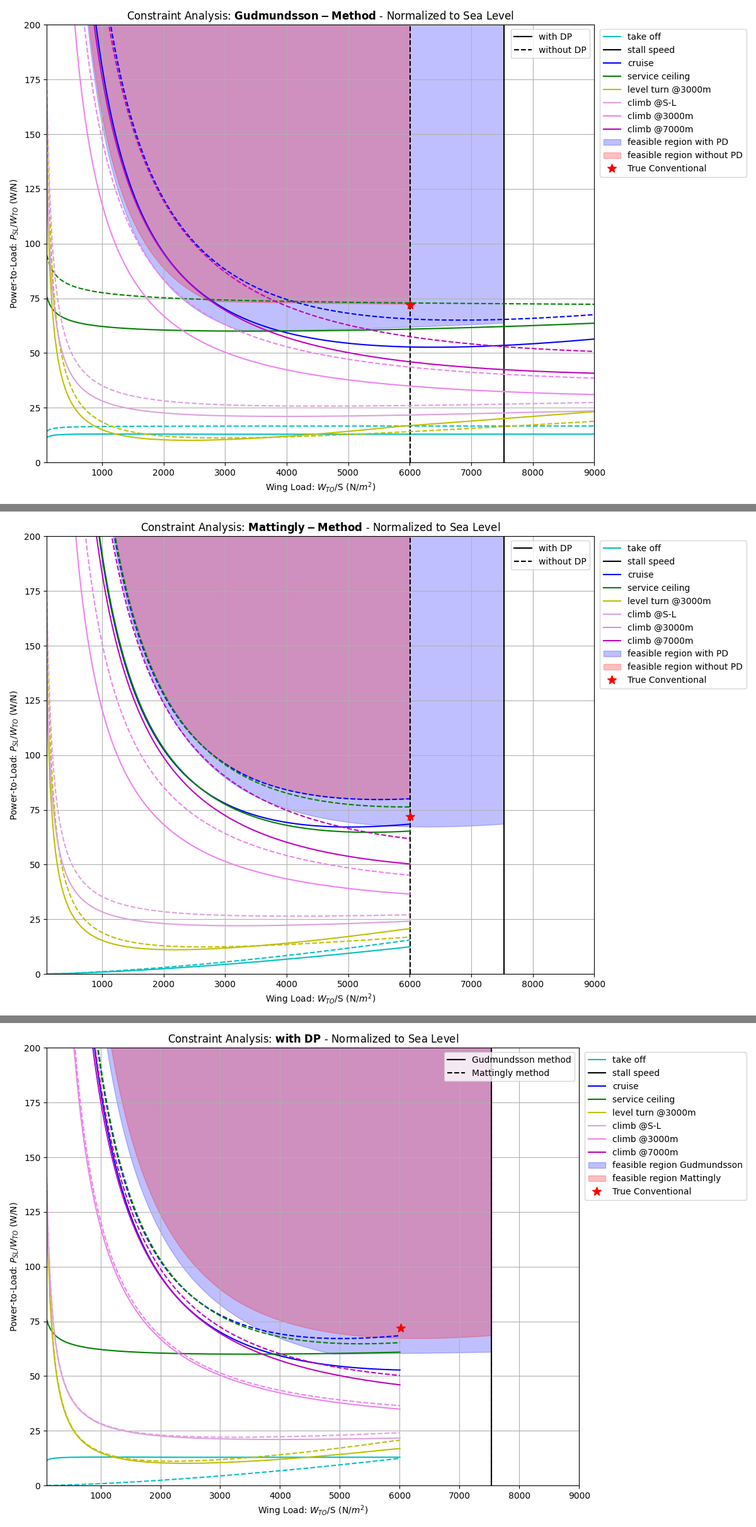
Repository: 12libao/DEA
Script's output: python Sizing_Method/ConstrainsAnalysis/ConstrainsAnalysisPD.py
The author's editor kept a copy of each file at every save. The script's output is drawn from the files as they stood at one save, then again after the next save.
The pictures are shown at 63% of full size.
Each picture stacks the figures in order, with grey between them; figures that are only written to a file come last. Random numbers start from a fixed seed.

Above is the script's output before, as saved 2021-07-14 16:08:19.

### Sizing_Method/ConstrainsAnalysis/ConstrainsAnalysisPD.py
# author: Bao Li #
# Georgia Institute of Technology #
import sys
import os

sys.path.insert(0, os.getcwd())

import numpy as np
import matplotlib.pylab as plt
import Sizing_Method.Other.US_Standard_Atmosphere_1976 as atm
import Sizing_Method.Aerodynamics.ThrustLapse as thrust_lapse
import Sizing_Method.Aerodynamics.Aerodynamics as ad
import Sizing_Method.ConstrainsAnalysis.ConstrainsAnalysis as ca
from scipy.optimize import curve_fit

"""
The unit use is IS standard
"""
class ConstrainsAnalysis_Mattingly_Method_with_DP:
    """This is a power-based master constraints analysis"""

    def __init__(self, altitude, velocity, beta, wing_load, Hp=0.2, number_of_motor=12, C_DR=0):
        """

        :param beta: weight fraction
        :param Hp: P_motor/P_total
        :param n: number of motor
        :param K1: drag polar coefficient for 2nd order term
        :param K2: drag polar coefficient for 1st order term
        :param C_D0: the drag coefficient at zero lift
        :param C_DR: additional drag caused, for example, by external stores,
        braking parachutes or flaps, or temporary external hardware

        :return:
            power load: P_WTO
        """

        self.h = altitude
        self.v = velocity
        self.rho = atm.atmosphere(geometric_altitude=self.h).density()

        self.beta = beta
        self.hp = Hp
        self.n = number_of_motor

        # power lapse ratio
        self.alpha = thrust_lapse.thrust_lapse_calculation(altitude=self.h,
                                                           velocity=self.v).high_bypass_ratio_turbofan()

        self.k1 = ad.aerodynamics_without_pd(self.h, self.v).K1()
        self.k2 = ad.aerodynamics_without_pd(self.h, self.v).K2()
        self.cd0 = ad.aerodynamics_without_pd(self.h, self.v).CD_0()
        self.cdr = C_DR

        self.w_s = wing_load
        self.g0 = 9.80665

        self.coefficient = (1 - self.hp) * self.beta * self.v / self.alpha

        # Estimation of ΔCL and ΔCD
        pd = ad.aerodynamics_with_pd(self.h, self.v, Hp=self.hp, n=self.n, W_S=self.w_s)
        self.q = 0.5 * self.rho * self.v ** 2
        self.cl = self.beta * self.w_s / self.q
        # print(self.cl)
        self.delta_cl = pd.delta_lift_coefficient(self.cl)
        self.delta_cd0 = pd.delta_CD_0()

    def master_equation(self, n, dh_dt, dV_dt):
        cl = self.cl * n + self.delta_cl

        cd = self.k1 * cl ** 2 + self.k2 * cl + self.cd0 + self.cdr + self.delta_cd0
        p_w = self.coefficient * (self.q / (self.beta * self.w_s) * cd + dh_dt / self.v + dV_dt / self.g0)
        return p_w

    def cruise(self):
        p_w = ConstrainsAnalysis_Mattingly_Method_with_DP.master_equation(self, n=1, dh_dt=0, dV_dt=0)
        return p_w

    def climb(self, roc):
        p_w = ConstrainsAnalysis_Mattingly_Method_with_DP.master_equation(self, n=1, dh_dt=roc, dV_dt=0)
        return p_w

    def level_turn(self, turn_rate=3, v=100):
        """
        assume 2 min for 360 degree turn, which is 3 degree/seconds
        assume turn at 300 knots, which is about 150 m/s
        """
        load_factor = (1 + ((turn_rate * np.pi / 180) * v / self.g0) ** 2) ** 0.5
        p_w = ConstrainsAnalysis_Mattingly_Method_with_DP.master_equation(self, n=load_factor, dh_dt=0, dV_dt=0)
        return p_w

    def take_off(self):
        """
        A320neo take-off speed is about 150 knots, which is about 75 m/s
        required runway length is about 2000 m
        K_TO is a constant greater than one set to 1.2 (generally specified by appropriate flying regulations)
        """
        Cl_max_to = 2.3  # 2.3
        K_TO = 1.2  # V_TO / V_stall
        s_G = 1266
        p_w = 2 / 3 * self.coefficient / self.v * self.beta * K_TO ** 2 / (
                    s_G * self.rho * self.g0 * Cl_max_to) * self.w_s ** (
                      3 / 2)
        return p_w

    def stall_speed(self, V_stall_to=65, Cl_max_to=2.32):
        V_stall_ld = 62
        Cl_max_ld = 2.87

        a = 10
        w_s = 6000
        while a >= 1:
            cl = self.beta * w_s / self.q
            delta_cl = ad.aerodynamics_with_pd(self.h, self.v, Hp=self.hp, n=self.n, W_S=w_s).delta_lift_coefficient(cl)

            W_S_1 = 1 / 2 * self.rho * V_stall_to ** 2 * (Cl_max_to + delta_cl)
            W_S_2 = 1 / 2 * self.rho * V_stall_ld ** 2 * (Cl_max_ld + delta_cl)
            W_S = min(W_S_1, W_S_2)
            a = abs(w_s-W_S)
            w_s = W_S

        return W_S

    def service_ceiling(self, roc=0.5):
        p_w = ConstrainsAnalysis_Mattingly_Method_with_DP.master_equation(self, n=1, dh_dt=roc, dV_dt=0)
        return p_w

    allFuncs = [take_off, stall_speed, cruise, service_ceiling, level_turn, climb]


class ConstrainsAnalysis_Gudmundsson_Method_with_DP:
    """This is a power-based master constraints analysis based on Gudmundsson_method"""

    def __init__(self, altitude, velocity, beta, wing_load, Hp=0.2, number_of_motor=12, e=0.75, AR=10.3):
        """

        :param tau: power fraction of i_th power path
        :param beta: weight fraction
        :param e: wing planform efficiency factor is between 0.75 and 0.85, no more than 1
        :param AR: wing aspect ratio, normally between 7 and 10

        :return:
            power load: P_WTO
        """

        self.h = altitude
        self.v = velocity
        self.beta = beta
        self.w_s = wing_load
        self.g0 = 9.80665

        self.hp = Hp
        self.n = number_of_motor

        self.rho = atm.atmosphere(geometric_altitude=self.h).density()

        # power lapse ratio
        self.alpha = thrust_lapse.thrust_lapse_calculation(altitude=self.h,
                                                           velocity=self.v).high_bypass_ratio_turbofan()
        h = 2.43  # height of winglets
        b = 35.8
        ar_corr = AR * (1 + 1.9 * h / b)  # equation 9-88, If the wing has winglets the aspect ratio should be corrected
        self.k = 1 / (np.pi * ar_corr * e)
        self.coefficient = (1-self.hp) * self.beta * self.v / self.alpha

        # Estimation of ΔCL and ΔCD
        pd = ad.aerodynamics_with_pd(self.h, self.v, Hp=self.hp, n=self.n, W_S=self.w_s)
        self.q = 0.5 * self.rho * self.v ** 2
        cl = self.beta * self.w_s / self.q
        self.delta_cl = pd.delta_lift_coefficient(cl)
        self.delta_cd0 = pd.delta_CD_0()

        # TABLE 3-1 Typical Aerodynamic Characteristics of Selected Classes of Aircraft
        cd_min = 0.02
        cd_to = 0.03
        cl_to = 0.8

        self.v_to = 68
        self.s_g = 1480
        self.mu = 0.04

        self.cd_min = cd_min + self.delta_cd0
        self.cl = cl + self.delta_cl

        self.cd_to = cd_to + self.delta_cd0
        self.cl_to = cl_to + self.delta_cl

    def cruise(self):
        p_w = self.q / self.w_s * (self.cd_min + self.k * self.cl ** 2)
        return p_w * self.coefficient

    def climb(self, roc):
        p_w = roc / self.v + self.q * self.cd_min / self.w_s + self.k * self.cl
        return p_w * self.coefficient

    def level_turn(self, turn_rate=3, v=100):
        """
        assume 2 min for 360 degree turn, which is 3 degree/seconds
        assume turn at 100 m/s
        """
        load_factor = (1 + ((turn_rate * np.pi / 180) * v / self.g0) ** 2) ** 0.5
        q = 0.5 * self.rho * v ** 2
        p_w = q / self.w_s * (self.cd_min + self.k * (load_factor / q * self.w_s + self.delta_cl) ** 2)
        return p_w * self.coefficient

    def take_off(self):
        q = self.q / 2
        p_w = self.v_to ** 2 / (2 * self.g0 * self.s_g) + q * self.cd_to / self.w_s + self.mu * (
                1 - q * self.cl_to / self.w_s)
        return p_w * self.coefficient

    def service_ceiling(self, roc=0.5):
        vy = (2 / self.rho * self.w_s * (self.k / (3 * self.cd_min)) ** 0.5) ** 0.5
        q = 0.5 * self.rho * vy ** 2
        p_w = roc / vy + q / self.w_s * (self.cd_min + self.k * (self.w_s / q + self.delta_cl) ** 2)
        # p_w = roc / (2 / self.rho * self.w_s * (self.k / (3 * self.cd_min)) ** 0.5) ** 0.5 + 4 * (
        #         self.k * self.cd_min / 3) ** 0.5
        return p_w * self.coefficient

    def stall_speed(self, V_stall_to=65, Cl_max_to=2.32):
        V_stall_ld = 62
        Cl_max_ld = 2.87

        a = 10
        w_s = 6000
        while a >= 1:
            cl = self.beta * w_s / self.q
            delta_cl = ad.aerodynamics_with_pd(
                self.h, self.v, Hp=self.hp, n=self.n, W_S=w_s).delta_lift_coefficient(cl)

            W_S_1 = 1 / 2 * self.rho * V_stall_to ** 2 * (Cl_max_to + delta_cl)
            W_S_2 = 1 / 2 * self.rho * V_stall_ld ** 2 * (Cl_max_ld + delta_cl)
            W_S = min(W_S_1, W_S_2)
            a = abs(w_s-W_S)
            w_s = W_S

        return W_S

    allFuncs = [take_off, stall_speed, cruise, service_ceiling, level_turn, climb]


if __name__ == "__main__":
    n = 200
    w_s = np.linspace(100, 9000, n)
    constrains_name = ['take off', 'stall speed', 'cruise', 'service ceiling', 'level turn @3000m',
                       'climb @S-L', 'climb @3000m', 'climb @7000m']
    constrains = np.array([[0, 68, 0.988], [0, 80, 1], [11300, 230, 0.948],
                           [11900, 230, 0.8], [3000, 100, 0.984], [0, 100, 0.984],
                           [3000, 200, 0.975], [7000, 230, 0.96]])
    color = ['c', 'k', 'b', 'g', 'y', 'plum', 'violet', 'm']
    label = ['feasible region with PD', 'feasible region with PD', 'feasible region Gudmundsson',
             'feasible region without PD', 'feasible region without PD', 'feasible region Mattingly']
    m = constrains.shape[0]
    p_w = np.zeros([2 * m, n])

    for k in range(3):
        plt.figure(figsize=(12, 8))
        for i in range(m):
            for j in range(n):
                h = constrains[i, 0]
                v = constrains[i, 1]
                beta = constrains[i, 2]

                if k == 0:
                    problem1 = ConstrainsAnalysis_Gudmundsson_Method_with_DP(h, v, beta, w_s[j])
                    problem2 = ca.ConstrainsAnalysis_Gudmundsson_Method(h, v, beta, w_s[j])
                    plt.title(r'Constraint Analysis: $\bf{Gudmundsson-Method}$ - Normalized to Sea Level')
                elif k == 1:
                    problem1 = ConstrainsAnalysis_Mattingly_Method_with_DP(h, v, beta, w_s[j])
                    problem2 = ca.ConstrainsAnalysis_Mattingly_Method(h, v, beta, w_s[j])
                    plt.title(r'Constraint Analysis: $\bf{Mattingly-Method}$ - Normalized to Sea Level')
                else:
                    problem1 = ConstrainsAnalysis_Gudmundsson_Method_with_DP(h, v, beta, w_s[j])
                    problem2 = ConstrainsAnalysis_Mattingly_Method_with_DP(h, v, beta, w_s[j])
                    plt.title(r'Constraint Analysis: $\bf{with}$ $\bf{DP}$ - Normalized to Sea Level')

                if i >= 5:
                    p_w[i, j] = problem1.allFuncs[-1](problem1, roc=15 - 5 * (i - 5))
                    p_w[i + m, j] = problem2.allFuncs[-1](problem2, roc=15 - 5 * (i - 5))
                else:
                    p_w[i, j] = problem1.allFuncs[i](problem1)
                    p_w[i + m, j] = problem2.allFuncs[i](problem2)

            if i == 1:
                l1a, = plt.plot(p_w[i, :], np.linspace(0, 250, n), color=color[i], label=constrains_name[i])
                l1b, = plt.plot(p_w[i + m, :], np.linspace(0, 250, n), color=color[i], linestyle='--')

                if k != 2:
                    l1 = plt.legend([l1a, l1b], ['with DP', 'without DP'], loc="upper right")
                else:
                    l1 = plt.legend([l1a, l1b], ['Gudmundsson method', 'Mattingly method'], loc="upper right")

            else:
                plt.plot(w_s, p_w[i, :], color=color[i], label=constrains_name[i])
                plt.plot(w_s, p_w[i + m, :], color=color[i], linestyle='--')

        p_w[[0, 1]], p_w[[m, m+1]] = p_w[[1, 0]], p_w[[m+1, m]]
        w_s = np.linspace(100, p_w[0, 1], n)
        plt.fill_between(w_s, np.amax(p_w[1:m, :], axis=0), 200, color='b', alpha=0.25,
                         label=label[k])
        w_s = np.linspace(100, p_w[m, 1], n)
        plt.fill_between(w_s, np.amax(p_w[m+1:2 * m, :], axis=0), 200, color='r', alpha=0.25,
                         label=label[k + 3])
        plt.plot(6012, 72, 'r*', markersize=10, label='True Conventional')
        plt.xlabel('Wing Load: $W_{TO}$/S (N/${m^2}$)')
        plt.ylabel('Power-to-Load: $P_{SL}$/$W_{TO}$ (W/N)')
        plt.legend(bbox_to_anchor=(1.002, 1), loc="upper left")
        plt.gca().add_artist(l1)
        plt.xlim(100, 9000)
        plt.ylim(0, 200)
        plt.tight_layout()
        plt.grid()
        plt.show()

### Sizing_Method/Other/US_Standard_Atmosphere_1976.py
# author: Bao Li #
# Georgia Institute of Technology #
"""Reference:

1: U.S. Standard Atmosphere, 1976, U.S. Government Printing Office, Washington, D.C., 1976.
2: Mattingly, Jack D., William H. Heiser, and David T. Pratt. Aircraft engine design. American Institute of Aeronautics and Astronautics, 2002.
3: https://en.wikipedia.org/wiki/U.S._Standard_Atmosphere
4: https://en.wikipedia.org/wiki/Barometric_formula
"""

import numpy as np
import matplotlib.pylab as plt


class atmosphere:
    """this is the U.S. Standard Atmosphere 1976 based on the Barometric formula

    1: All of the following is limited to geometric altitudes below 86 km
    2: SI Units
    """

    def __init__(self, geometric_altitude):
        """
        :input h (m): geometric altitude

        :output P (Pa = N/m^2): pressure
                T (K): temperature
                rho (kg/m^3): density
                a (m/s): sound speed

                delta: dimensionless static pressure = P/P0
                theta: dimensionless static temperature = T/T0
                sigma: dimensionless static density = rho/rho0
        """

        # input:
        self.h = geometric_altitude

        # constant:
        self.r0 = 6356577.0  # the earth's radius (m)
        self.R_star = 8.3144598  # universal gas constant (J/mol.K)
        self.g0 = 9.80665  # gravitational acceleration (m/s^2)
        self.M = 0.0289644  # molar mass of Earth's air (kg/mol)

        # sea level (standard)
        self.T0 = 288.15  # sea level temperature (K)
        self.P0 = 101325  # sea level pressure (N/m^2)
        self.rho0 = 1.225  # sea level density (kg/m^3)
        self.a0 = 340.3  # sea level sound speed (m/s)

        # temperature lapse rate (K/m)
        self.lapse_rate = np.array([-0.0065, 0.0, 0.001, 0.0028, 0.0, -0.0028, -0.002])
        # height above sea level for each lapse rate (m)
        self.zi = np.array([0.0, 11000.0, 20000.0, 32000.0, 47000.0, 51000.0, 71000.0, 84853.0])
        # number of piecewise linear curve-fit
        self.n = len(self.lapse_rate)

    def geo_potential_altitude(self):
        z = self.r0 * self.h / (self.r0 + self.h)

        # decide the number of piecewise linear curve-fit
        i = 0
        while self.zi[i] < z:
            i = i + 1

        if i != 0:
            i = i - 1
        return z, i

    def ti(self):
        Ti = np.zeros(self.n)
        Ti[0] = self.T0

        for i in range(self.n - 1):
            Ti[i + 1] = Ti[i] + self.lapse_rate[i] * (self.zi[i + 1] - self.zi[i])
        return Ti

    def temperature(self):
        z, i = atmosphere.geo_potential_altitude(self)
        Ti = atmosphere.ti(self)
        T = Ti[i] + self.lapse_rate[i] * (z - self.zi[i])
        return T

    def pressure(self):
        Ti = atmosphere.ti(self)
        Pi = np.zeros(self.n)
        Pi[0] = self.P0

        for i in range(self.n - 1):
            if self.lapse_rate[i] != 0:
                Pi[i + 1] = Pi[i] * (Ti[i] / Ti[i + 1]) ** (self.g0 * self.M / (self.R_star * self.lapse_rate[i]))
            else:
                Pi[i + 1] = Pi[i] * np.exp(-self.g0 * self.M * (self.zi[i + 1] - self.zi[i]) / (self.R_star * Ti[i]))

        z, i = atmosphere.geo_potential_altitude(self)
        T = atmosphere.temperature(self)

        if self.lapse_rate[i] != 0:
            P = Pi[i] * (Ti[i] / T) ** (self.g0 * self.M / (self.R_star * self.lapse_rate[i]))
        else:
            P = Pi[i] * np.exp(-self.g0 * self.M * (z - self.zi[i]) / (self.R_star * Ti[i]))
        return P

    def density(self):
        P = atmosphere.pressure(self)
        T = atmosphere.temperature(self)
        rho = P * self.M / (self.R_star * T)
        return rho

    def sound_speed(self):
        T = atmosphere.temperature(self)
        a = self.a0 * (T / self.T0) ** 0.5
        return a

    def dimensionless_static_pressure(self):
        P = atmosphere.pressure(self)
        delta = P / self.P0
        return delta

    def dimensionless_static_temperature(self):
        T = atmosphere.temperature(self)
        theta = T / self.T0
        return theta

    def dimensionless_static_density(self):
        rho = atmosphere.density(self)
        sigma = rho / self.rho0
        return sigma


if __name__ == '__main__':
    nn = 1000

    h = np.linspace(0, 86000, nn)
    T = np.zeros(nn)
    P = np.zeros(nn)
    rho = np.zeros(nn)
    a = np.zeros(nn)

    for i in range(nn):
        prob = atmosphere(geometric_altitude=h[i])
        T[i] = prob.temperature()
        P[i] = prob.pressure()
        rho[i] = prob.density()
        a[i] = prob.sound_speed()

    fig, ax = plt.subplots(1, 4, figsize=(12, 10))
    st = fig.suptitle("U.S. STANDARD ATMOSPHERE (1976)", fontsize=20)

    ax[0].plot(T, h / 1000, 'b-', linewidth=1.5, label='cruise')
    ax[0].set_xlabel('Temperature: T (K)')
    ax[0].set_ylabel('Altitude: h (km)')

    ax[1].plot(a, h / 1000, 'y-', linewidth=1.5, label='turn')
    ax[1].set_xlabel('Sound Speed: a (m/s)')

    ax[2].plot(P, h / 1000, 'k-', linewidth=1.5, label='constant speed climb')
    ax[2].set_xlabel('Pressure: P (N/${m^2}$)')

    ax[3].plot(rho, h / 1000, 'g-', linewidth=1.5, label='turn')
    ax[3].set_xlabel('Density: rho (Kg/${m^3}$)')

    # shift subplots down:
    st.set_y(0.96)
    fig.subplots_adjust(top=0.90)
    plt.show()

### Sizing_Method/Aerodynamics/ThrustLapse.py
# author: Bao Li #
# Georgia Institute of Technology #
"""reference

1. Mattingly, Jack D., William H. Heiser, and David T. Pratt. Aircraft engine design. American Institute of Aeronautics and Astronautics, 2002.
"""
import sys
import os

sys.path.insert(0, os.getcwd())

import numpy as np
import matplotlib.pylab as plt
import Sizing_Method.Other.US_Standard_Atmosphere_1976 as atm
import Sizing_Method.Aerodynamics.MachNmuber as Mach


class thrust_lapse_calculation:
    """Estimation for installation losses

    1. The following algebraic equations for installed engine thrust lapse
        are based on the expected performance of advanced engines
    """

    def __init__(self, altitude, velocity):
        """

        :input h (m): altitude
               v (m/s): velocity


        :output thrust_lapse (alpha): thrust lapse ratio
        """

        self.h = altitude
        self.v = velocity

        self.gamma = 1.4  # Ratio of Specific Heats: atmospheric air ( gamma = 1.4)
        self.atoms = atm.atmosphere(self.h)
        self.M = Mach.mach(self.h, self.v).mach_number()

        self.theta = self.atoms.dimensionless_static_temperature()  # dimensionless static temperature
        self.delta = self.atoms.dimensionless_static_pressure()  # dimensionless static pressure

        self.theta_0_break = 1.072  # The Theta Break: assume = 1.0 (from reference 1: Mattingly)
        self.TR = self.theta_0_break  # The Throttle Ratio (from Equation D.6 reference 1: Mattingly)

        self.theta_0 = self.theta * (1 + 0.5 * (self.gamma - 1) * self.M ** 2)
        self.delta_0 = self.delta * (1 + 0.5 * (self.gamma - 1) * self.M ** 2) ** (self.gamma / (self.gamma - 1))

    def high_bypass_ratio_turbofan(self):
        """the engine for A320neo is a high bypass ratio turbofan

        from Equation 2.53 reference 1: Mattingly
        """

        if self.theta_0 <= self.TR:
            thrust_lapse = self.delta_0 * (1 - 0.49 * self.M ** 0.5)
        else:
            thrust_lapse = self.delta_0 * (1 - 0.49 * self.M ** 0.5 - 3 * (self.theta_0 - self.TR) / (1.5 + self.M))

        return thrust_lapse


if __name__ == '__main__':
    nn = 100
    h = [0, 500, 3000, 6000, 9000, 12000]
    v = np.linspace(0, 340, nn)
    m = np.zeros([len(h), nn])
    thrust_lapse = np.zeros([len(h), nn])

    for i in range(len(h)):
        for j in range(nn):
            m[i, j] = Mach.mach(h[i], v[j]).mach_number()
            thrust_lapse[i, j] = thrust_lapse_calculation(h[i], v[j]).high_bypass_ratio_turbofan()

    plt.figure(figsize=(8, 6))

    for i in range(len(h)):
        plt.plot(m[i, :], thrust_lapse[i, :], label=h[i])

    plt.xlabel('Mach Number')
    plt.ylabel('Thrust Ratio, T/$T_{SL}$')
    plt.title('High Bypass Turbofan Thrust Ratio versus Mach Number \n'
              'Throttle Ratio = 1.072, ISA. \n'
              'Altitude unit: meter')
    plt.xlim(0, 1)
    plt.ylim(0, 1.2)
    plt.legend(loc=0)
    plt.grid()
    plt.show()

### Sizing_Method/Aerodynamics/MachNmuber.py
# author: Bao Li #
# Georgia Institute of Technology #
import sys
import os

sys.path.insert(0, os.getcwd())

import numpy as np
import matplotlib.pylab as plt
import Sizing_Method.Other.US_Standard_Atmosphere_1976 as atm


class mach:
    """Mach Number"""

    def __init__(self, altitude, velocity):
        """

        :input h (m): altitude
               v (m/s): velocity

        :output a: Mach number
        """
        self.h = altitude
        self.v = velocity
        self.atoms = atm.atmosphere(self.h)

    def mach_number(self):
        a = self.v / self.atoms.sound_speed()
        return a

Loaded but not shown: Sizing_Method/ConstrainsAnalysis/ConstrainsAnalysis.py (274 lines, source omitted); Sizing_Method/Aerodynamics/Aerodynamics.py (177 lines, source omitted)

After the next save:
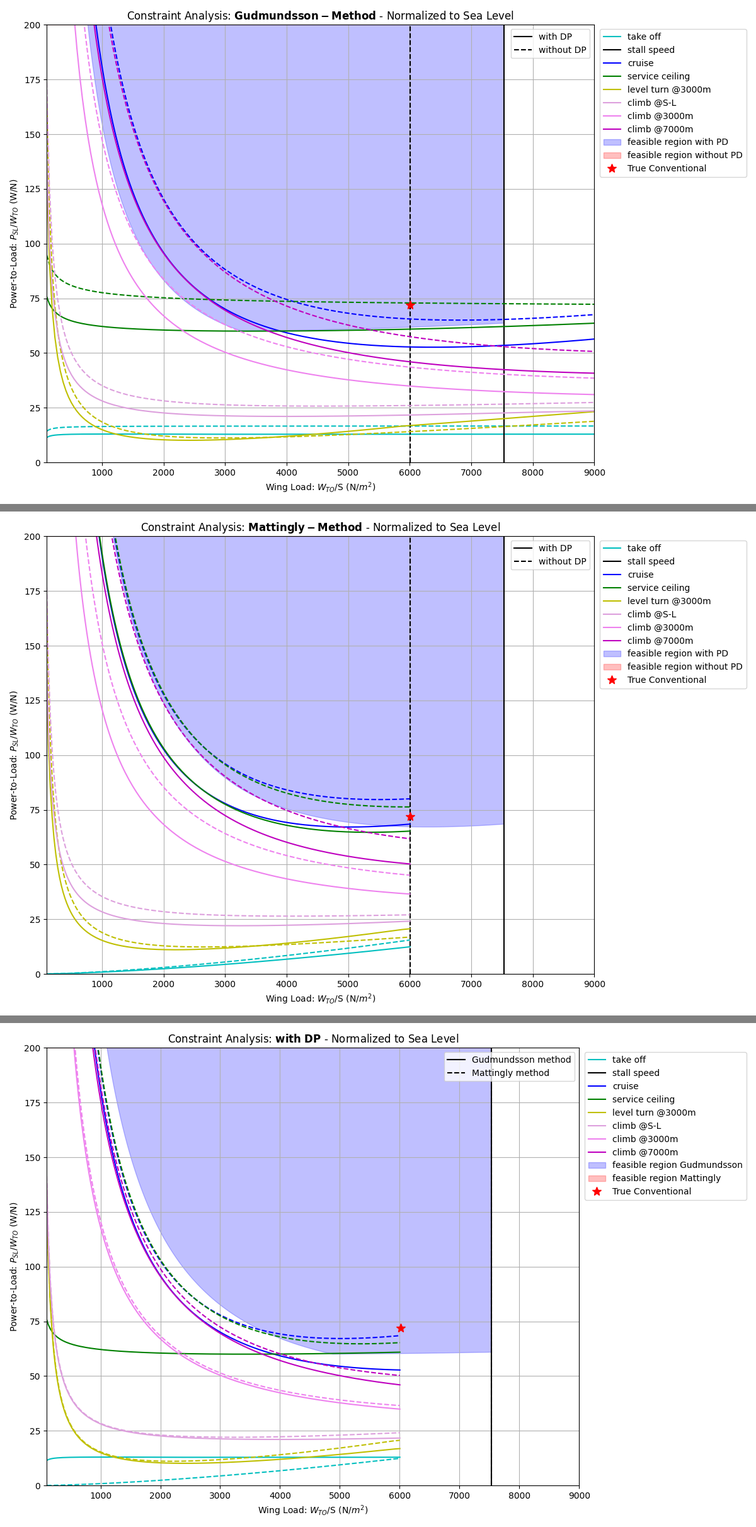
Saved 109 s later.
--- a/Sizing_Method/ConstrainsAnalysis/ConstrainsAnalysisPD.py
+++ b/Sizing_Method/ConstrainsAnalysis/ConstrainsAnalysisPD.py
@@ -299,7 +299,7 @@ if __name__ == "__main__":
         plt.fill_between(w_s, np.amax(p_w[1:m, :], axis=0), 200, color='b', alpha=0.25,
                          label=label[k])
         w_s = np.linspace(100, p_w[m, 1], n)
-        plt.fill_between(w_s, np.amax(p_w[m+1:2 * m, :], axis=0), 200, color='r', alpha=0.25,
+        plt.fill_between(w_s, np.amax(p_w[m:2 * m, :], axis=0), 200, color='r', alpha=0.25,
                          label=label[k + 3])
         plt.plot(6012, 72, 'r*', markersize=10, label='True Conventional')
         plt.xlabel('Wing Load: $W_{TO}$/S (N/${m^2}$)')
